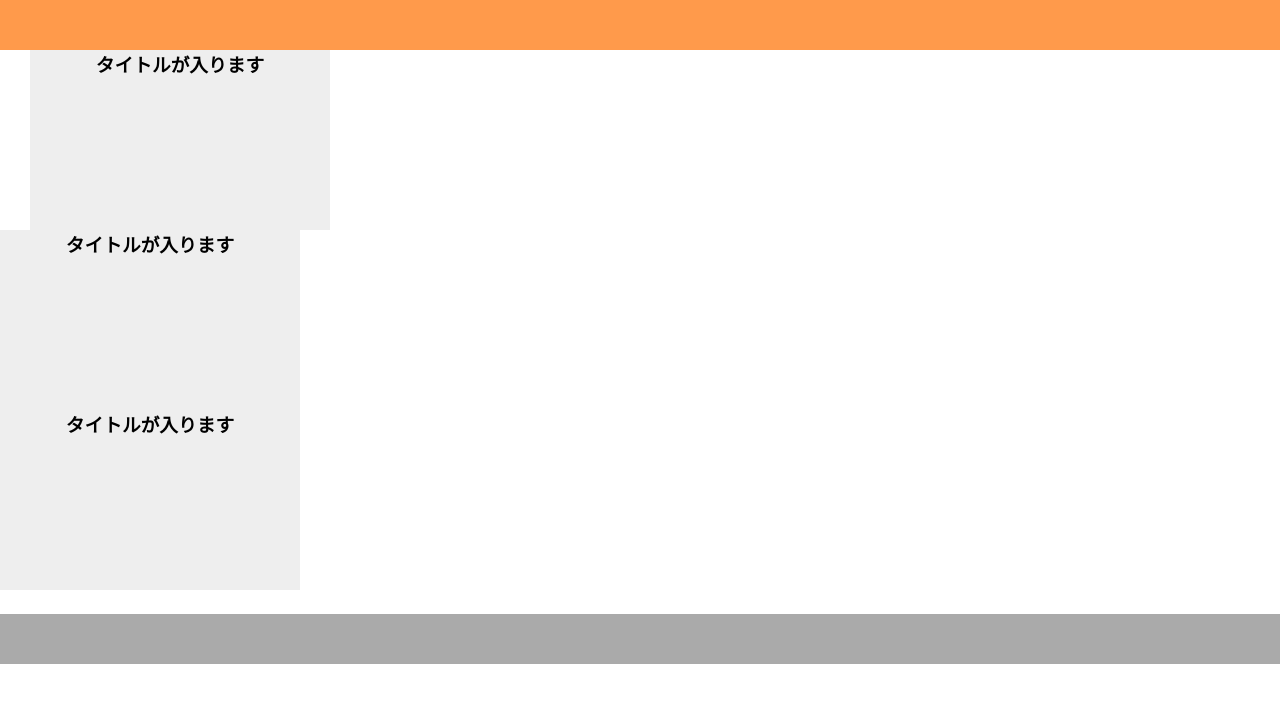
Repository: yesohnuki/shinya-ohnuki
Page: caravan/10.html
The author's editor kept a record of every edit. The page is drawn from the files as they stood at one moment, then again after the next edit.
The browser window is 1280 px wide. The pictures show the whole page.

Above is the page before.

After the next edit:
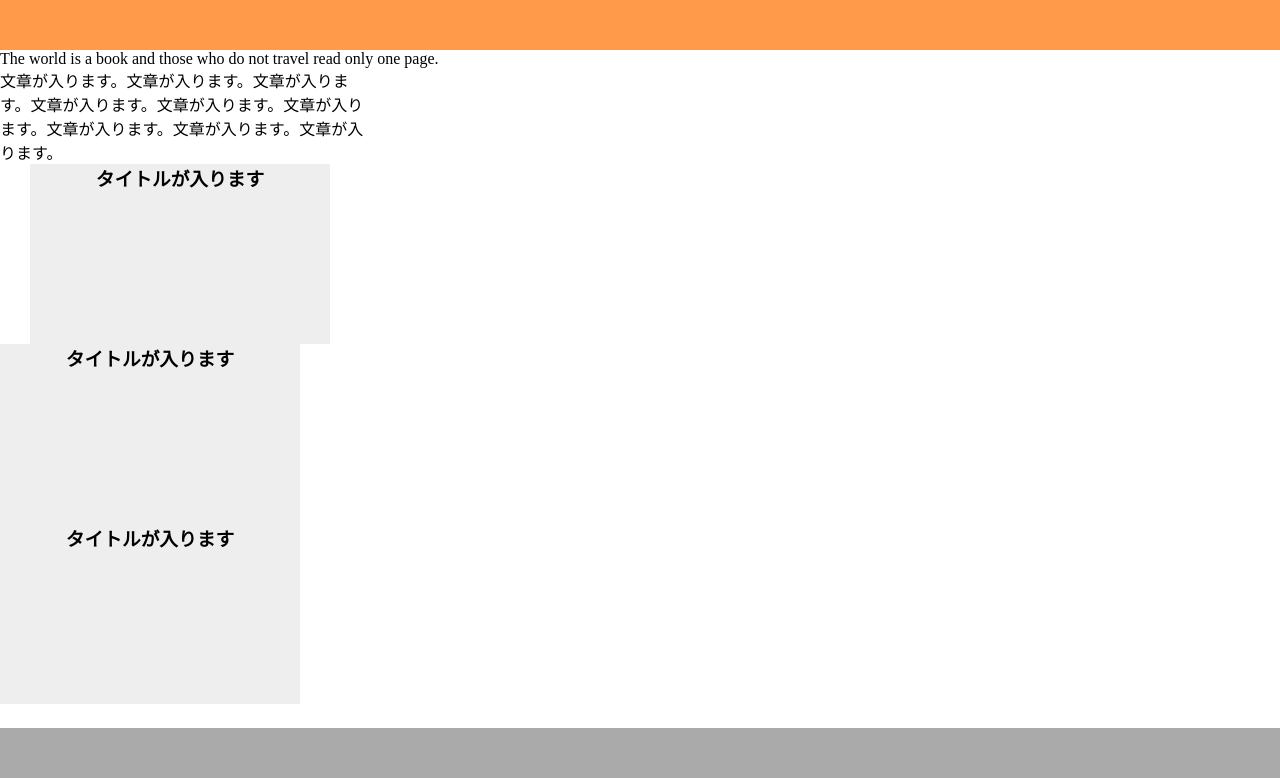
The edit:
--- a/caravan/10.html
+++ b/caravan/10.html
@@ -12,6 +12,16 @@
     </header>
 
     <main>
+       <p class="main-visual-text">
+          The world is a book and those who do not travel read only one page.
+        </p>
+        <p class="main-name">
+          文章が入ります。文章が入ります。文章が入りま<br />
+          す。文章が入ります。文章が入ります。文章が入り<br />
+          ます。文章が入ります。文章が入ります。文章が入<br />
+          ります。<br />
+        </p>
+
       <section class="blog">
        <h3 class="blog-heading">タイトルが入ります</h3>
       </section>
